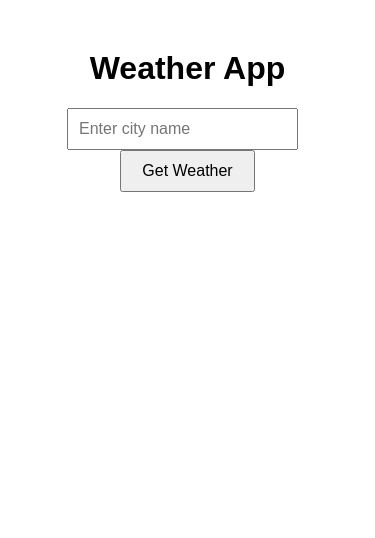
Repository: Rayyy-dev/My-weather-App
Page: /
These files come from the project's save history. The page is drawn as it stood at one moment and after the next save; the edit follows.
The browser window is 375 px wide. The pictures show the whole page.
The project was rebuilt for these pictures with package versions that can differ from the ones it lists, and the page was loaded fresh each time.

Above is the page before, as saved 2024-10-16 01:47:45.

### src/App.js
import React, { useState } from "react";
import "./App.css";

function App() {
  const [city, setCity] = useState(""); // State to store city input
  const [weather, setWeather] = useState(null); // State to store weather data
  const [error, setError] = useState(""); // State to handle errors

  // Your actual WeatherAPI key
  const apiKey = "74072ad194774534b56234435241510"; // This is your API key

  // Function to fetch weather data
  const getWeather = async (event) => {
    event.preventDefault();

    // Reset error and weather data for new search
    setError("");
    setWeather(null);

    try {
      // Fetch weather data from WeatherAPI
      const response = await fetch(
        `https://api.weatherapi.com/v1/current.json?key=${apiKey}&q=${city}&aqi=no`
      );
      const weatherData = await response.json();

      if (response.ok) {
        setWeather(weatherData.current); // Set weather data for the current day
      } else {
        setError(weatherData.error.message);
      }
    } catch (err) {
      setError("Failed to fetch weather data");
    }
  };

  return (
    <div className="App">
      <h1>Weather App</h1>

      {/* Input form for city */}
      <form onSubmit={getWeather}>
        <input
          type="text"
          value={city}
          onChange={(e) => setCity(e.target.value)}
          placeholder="Enter city name"
        />
        <button type="submit">Get Weather</button>
      </form>

      {/* Display error if any */}
      {error && <p className="error">{error}</p>}

      {/* Display weather info if available */}
      {weather && (
        <div>
          <h3>Weather in {city}</h3>
          <p>Temperature: {weather.temp_c} °C</p>
          <p>Condition: {weather.condition.text}</p>
          <p>Humidity: {weather.humidity}%</p>
        </div>
      )}
    </div>
  );
}

export default App;

### src/App.css
.App {
  text-align: center;
  font-family: Arial, sans-serif;
  margin-top: 50px;
}

input {
  padding: 10px;
  margin-right: 10px;
  font-size: 16px;
}

button {
  padding: 10px 20px;
  font-size: 16px;
  cursor: pointer;
}

.error {
  color: red;
  margin-top: 20px;
}

h3 {
  margin-top: 20px;
}

Loaded but not shown: public/index.html (common file); src/index.js (common file); src/index.css (common file); src/reportWebVitals.js (common file)

After the next save:
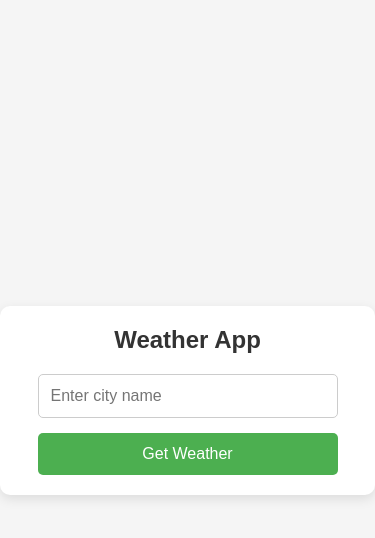
Saved 3 min 8 s later.
--- a/src/App.css
+++ b/src/App.css
@@ -1,26 +1,99 @@
-.App {
-  text-align: center;
-  font-family: Arial, sans-serif;
-  margin-top: 50px;
+/* General Reset */
+* {
+  margin: 0;
+  padding: 0;
+  box-sizing: border-box;
 }
 
+/* Set body font and background */
+body {
+  font-family: 'Poppins', sans-serif;
+  background-color: #f5f5f5;
+  display: flex;
+  justify-content: center;
+  align-items: center;
+  min-height: 100vh;
+}
+
+.App {
+  background: #fff;
+  padding: 40px;
+  border-radius: 10px;
+  box-shadow: 0 4px 12px rgba(0, 0, 0, 0.1);
+  text-align: center;
+  width: 100%;
+  max-width: 400px;
+}
+
+/* Heading */
+h1 {
+  font-size: 2rem;
+  color: #333;
+  margin-bottom: 20px;
+}
+
+/* Input and Button Styling */
 input {
-  padding: 10px;
-  margin-right: 10px;
-  font-size: 16px;
+  padding: 12px;
+  width: 100%;
+  max-width: 300px;
+  margin-bottom: 15px;
+  border: 1px solid #ccc;
+  border-radius: 5px;
+  font-size: 1rem;
 }
 
 button {
-  padding: 10px 20px;
-  font-size: 16px;
+  background-color: #4CAF50;
+  color: white;
+  padding: 12px 20px;
+  border: none;
+  border-radius: 5px;
+  font-size: 1rem;
   cursor: pointer;
+  width: 100%;
+  max-width: 300px;
+  transition: background-color 0.3s ease;
+}
+
+button:hover {
+  background-color: #45a049;
+}
+
+/* Weather Data */
+h3 {
+  margin-top: 20px;
+  font-size: 1.5rem;
+  color: #333;
+}
+
+p {
+  font-size: 1.2rem;
+  margin: 10px 0;
+  color: #666;
 }
 
 .error {
   color: red;
+  font-size: 1.1rem;
   margin-top: 20px;
 }
 
-h3 {
-  margin-top: 20px;
+/* Media Queries for smaller screens */
+@media (max-width: 480px) {
+  .App {
+    padding: 20px;
+  }
+
+  h1 {
+    font-size: 1.5rem;
+  }
+
+  h3 {
+    font-size: 1.2rem;
+  }
+
+  p {
+    font-size: 1rem;
+  }
 }
